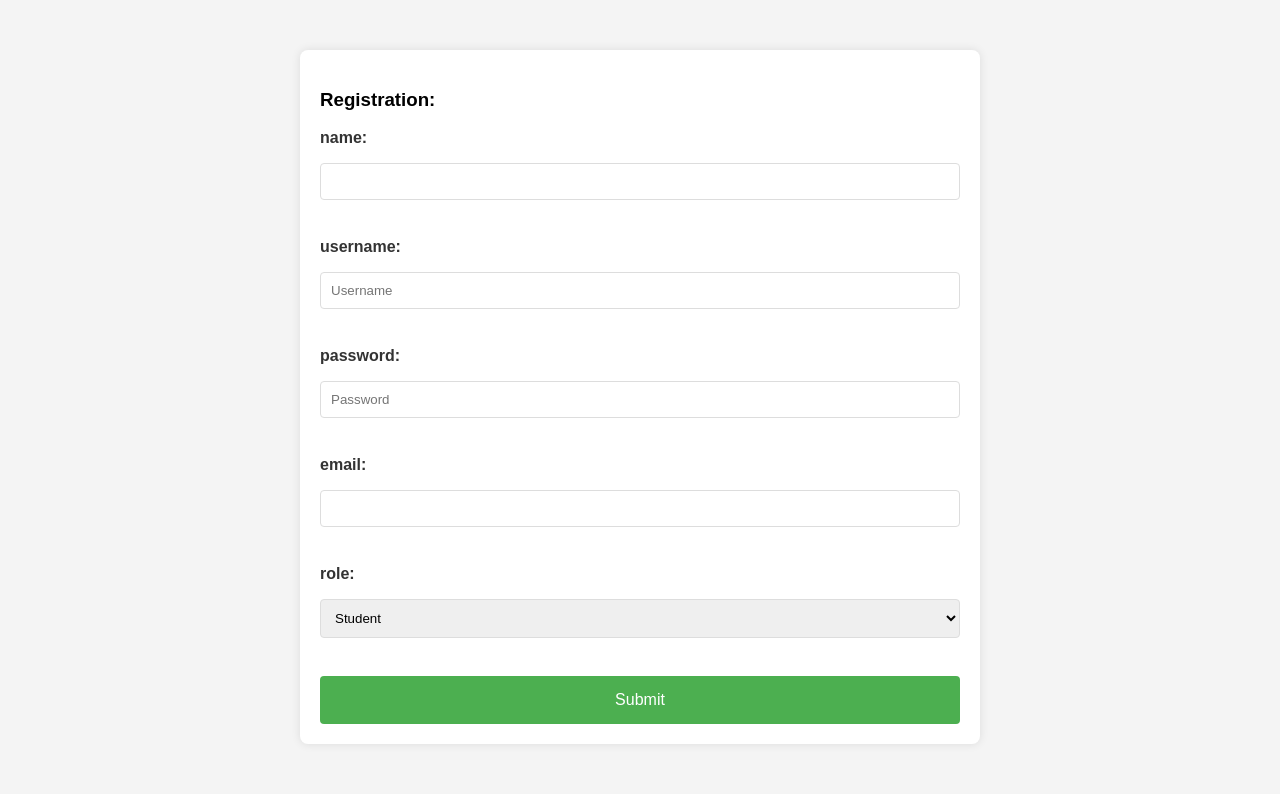
Repository: kkale14/My_allpr
Page: Kalyani1/src/main/webapp/Reg.html
These files come from the project's save history. The page is drawn as it stood at one moment and after the next save; the edit follows.
The browser window is 1280 px wide. The pictures show the whole page.

Above is the page before, as saved 2025-03-05 09:57:59.

After the next save:
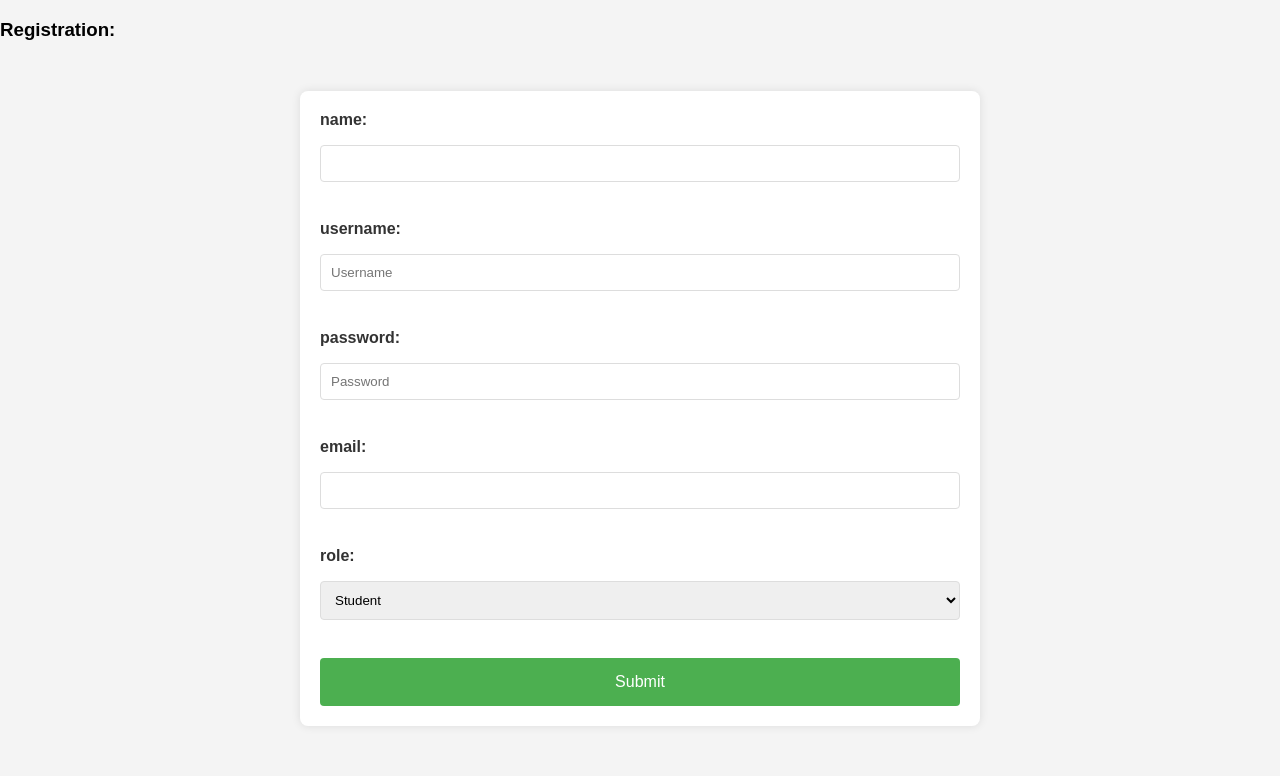
Saved 45 s later.
--- a/Kalyani1/src/main/webapp/Reg.html
+++ b/Kalyani1/src/main/webapp/Reg.html
@@ -88,10 +88,11 @@
 }
 
 </style>
+<h3>Registration:</h3>
 <form action="Srvlt" method="service">
             <!-- Personal Information Section -->
 
-           <h3>Registration:</h3>
+
             <input type="hidden"  name="activity" value="register">
             <label >name:</label>
             <input type="text"  name="name" required>&nbsp;
